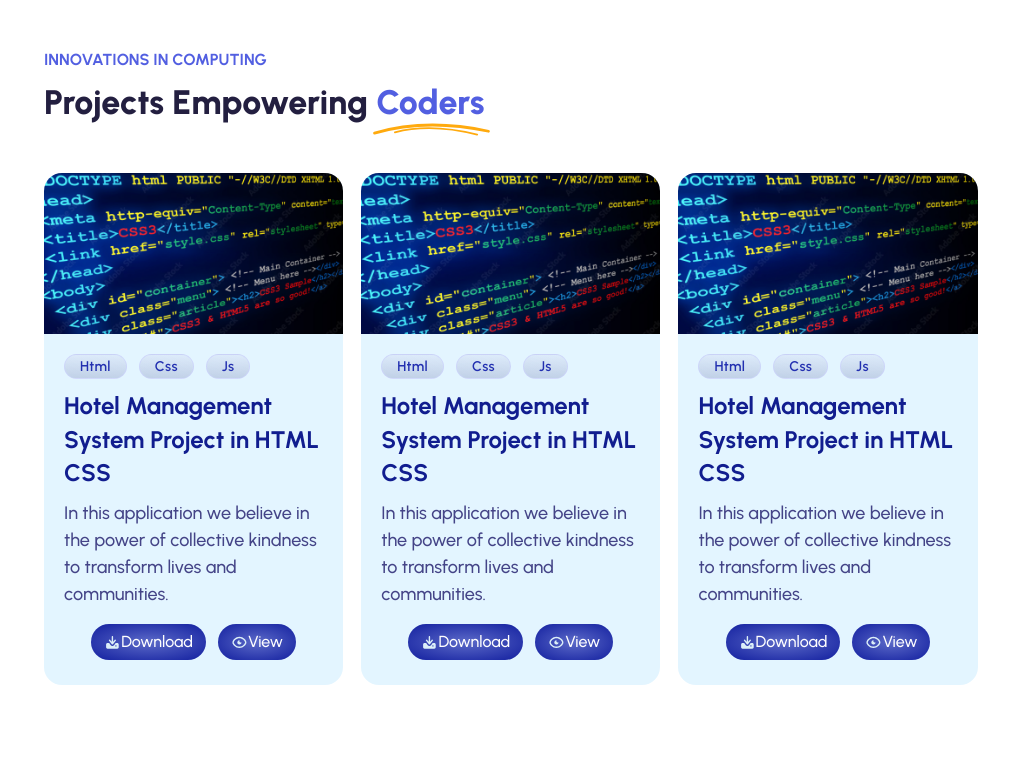
Repository: sharma171/jtccreativeideas
Page: /newsection (app in nextjssite/)
These files come from the project's save history. The page is drawn as it stood at one moment and after the next save; the edit follows.
The browser window is 1024 px wide. The pictures show the whole page.
The project was rebuilt for these pictures with package versions that can differ from the ones it lists, and the page was loaded fresh each time. The framework's server and built-in components were replaced by stand-ins that run in the browser. Also part of the build but not shown: nextjssite/next.config.mjs.

Above is the page before, as saved 2024-03-28 16:23:30.

After the next save:
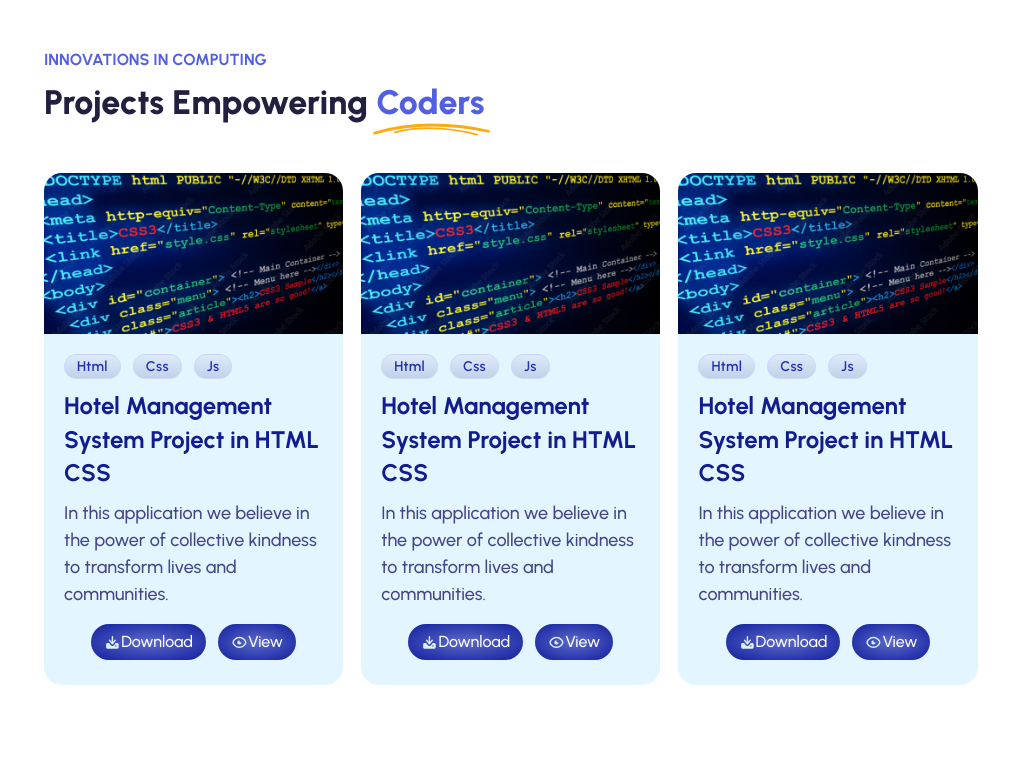
Saved 85 s later.
--- a/nextjssite/src/app/newsection/page.css
+++ b/nextjssite/src/app/newsection/page.css
@@ -123,6 +123,7 @@ section.projects {
 @media (max-width: 1200px) and (min-width:992px){
     .project-cards li .card-inner .info .tech-info span{
         font-size: 14px;
+        padding: 0 12px;
     }
     .project-cards {
         gap:18px;
